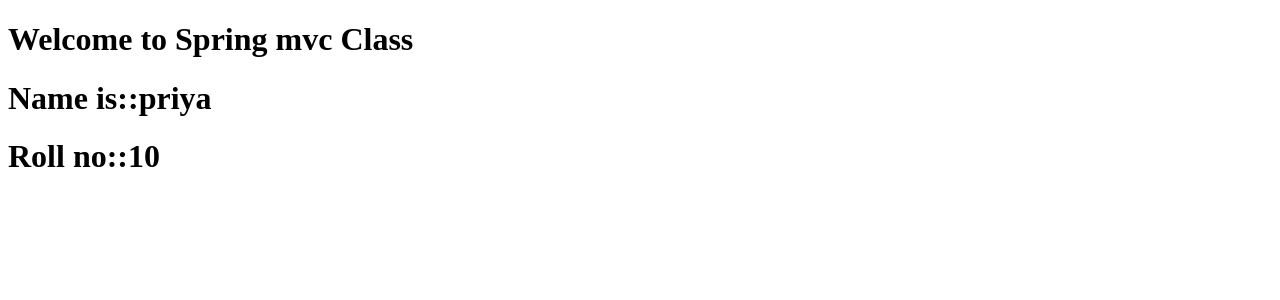
Repository: priyaadya/spring-practice-codes
Page: http://localhost/SpringmvcProject/home
An editor plug-in stored every save of this project. The page is shown before and after the next save, followed by the edit.
The browser window is 1280 px wide. The pictures show the whole page.
The page is served by Tomcat 9. Other server files are loaded and not shown.

Above is the page before, as saved 2023-05-31 16:49:55.

### SpringmvcProject/src/main/webapp/WEB-INF/spring-servlet.xml
<?xml version="1.0" encoding="UTF-8"?>
<beans xmlns="http://www.springframework.org/schema/beans"
       xmlns:xsi="http://www.w3.org/2001/XMLSchema-instance"
       xmlns:p="http://www.springframework.org/schema/p"
       xmlns:context="http://www.springframework.org/schema/context"
       xsi:schemaLocation="http://www.springframework.org/schema/beans
            http://www.springframework.org/schema/beans/spring-beans.xsd
            http://www.springframework.org/schema/context
            http://www.springframework.org/schema/context/spring-context-3.0.xsd">

            <context:component-scan base-package="com.mvc"></context:component-scan>
            <bean class="org.springframework.web.servlet.view.InternalResourceViewResolver" name="viewResolver">
            <property name="prefix" value="/WEB-INF/views/"/>
            <property name="suffix" value=".jsp"></property>

            </bean>





</beans>

### SpringmvcProject/src/main/webapp/WEB-INF/views/index4.jsp
<%@ page language="java" contentType="text/html; charset=ISO-8859-1"
    pageEncoding="ISO-8859-1"%>
<!DOCTYPE html>
<html>
<head>
<meta charset="ISO-8859-1">
<title>Insert title here</title>
</head>
<body>
<h1>Welcome to Spring mvc Class</h1>
<%

String name=(String)request.getAttribute("Name");
int rollNo=(Integer)request.getAttribute("id");
%>

<h1>Name is::<%=name %></h1>
<h1>Roll no::<%=rollNo %></h1>

</body>
</html>

### SpringmvcProject/src/main/java/com/mvc/HomeController.java
package com.mvc;

import org.springframework.stereotype.Controller;
import org.springframework.ui.Model;
import org.springframework.web.bind.annotation.RequestMapping;

@Controller
public class HomeController {

	@RequestMapping("/home")
	public String home(Model model) {

		model.addAttribute("Name","priya");
		model.addAttribute("id",10);
		System.out.println("hello guys.......");
		return "index4";
	}
	@RequestMapping("/about")
	public String about() {

		System.out.println("hello priya.......");
		return "index2";

	}
	@RequestMapping("/info")
	public String info() {

		System.out.println("hello adya.......");
		return "index3";

	}


}

After the next save:
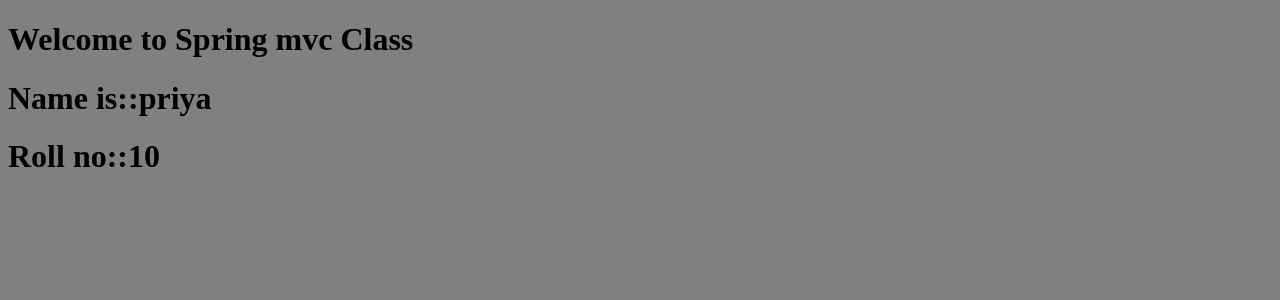
Saved 11 s later.
--- a/SpringmvcProject/src/main/webapp/WEB-INF/views/index4.jsp
+++ b/SpringmvcProject/src/main/webapp/WEB-INF/views/index4.jsp
@@ -6,7 +6,7 @@
 <meta charset="ISO-8859-1">
 <title>Insert title here</title>
 </head>
-<body>
+<body bgcolor="grey">
 <h1>Welcome to Spring mvc Class</h1>
 <%
 
